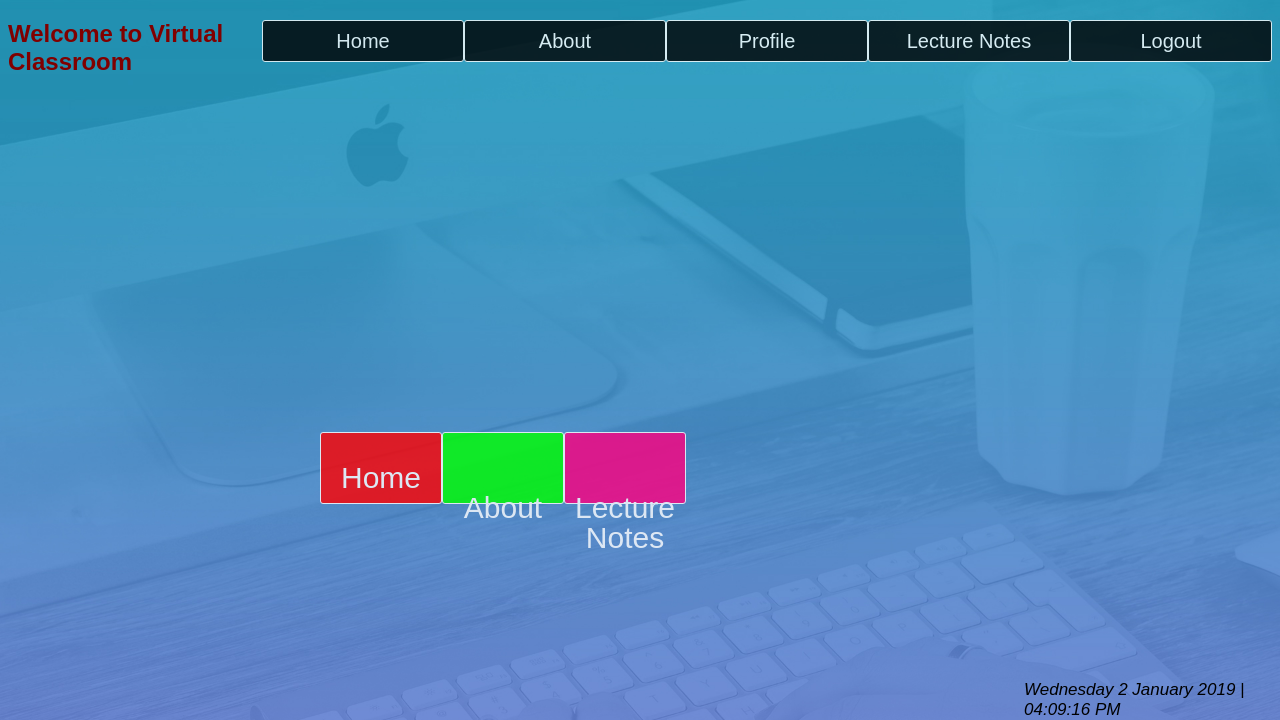
Repository: Rajendra1998/Virtual_classroom_mvc_project
Page: http://localhost/Virtual_classroom/Student_logged1.jsp
The author's editor kept a copy of each file at every save. The page is drawn from the files as they stood at one save, then again after the next save.
The browser window is 1280 px wide. The pictures show the whole page.
The page is served by Tomcat 9. Other server files are loaded and not shown.

Above is the page before, as saved 2019-01-04 20:38:27.

### Virtual_classroom/WebContent/Student_logged1.jsp
<%@ page language="java" contentType="text/html; charset=ISO-8859-1"
    pageEncoding="ISO-8859-1"
    import="model.Student"%>
<!DOCTYPE html PUBLIC "-//W3C//DTD HTML 4.01 Transitional//EN" "http://www.w3.org/TR/html4/loose.dtd">
<html>
<head>
<meta http-equiv="Content-Type" content="text/html; charset=ISO-8859-1">
<title> STUDENT | HOME </title>
	<style type="text/css" rel="stylesheet">
	body{
		background-image:url(1.jpg);
		background-repeat:no-repeat;
	 	font-family:sans-serif;
		background-size:cover;
	}
	#MyClockDisplay{
		font-color:red;
		font-style:oblique;
		font-size:17px;
		position:absolute;
		top:94.5%;
		left:80%;
	}
	h2{
		color:#800000;
	}
	.menu nav{
		position:relative;
		float:right;
	}
	.menu nav ul{
		margin: 0px;
		padding: 0px;
		list-style: none;
	}
	.menu nav ul li {
		float:left;
		width: 200px;
		height: 40px;
		background-color: black;
		border:1px  solid white;
		opacity: .8;
		line-height: 40px;
		text-align: center;
		font-size: 20px;
		position:relative;
		border-radius:3px;
	}
	.menu nav ul li a {
		text-decoration: none;
		color:white;
		display:block;
	}
	.menu nav ul li a:hover {
		background-color: green;
		border-radius: 3px;
	}
	.menu nav ul ul  {
		position:absolute;
		display: none;
	}
	.menu nav ul li:hover > ul {
		display: block;

	}
	.menu nav ul ul ul{
		margin-left: 200px;
		top:0px;
	}
	.menu1 nav{
		position:absolute;
		top:60%;
		left:25%;

	}
	.menu1 nav ul{
		margin: 0px;
		padding: 0px;
		list-style: none;
	}
	.menu1 nav ul li {
		float:left;
		width: 120px;
		height: 70px;
		border:1px  solid white;
		opacity: .8;
		line-height: 30px;
		text-align: center;
		font-size: 30px;
		position:relative;
		border-radius:3px;

	}
	.menu1 nav ul li.home{
		background-color: red;
	}
	.menu1 nav ul li.about{
		background-color: #00ff00;
	}
	.menu1 nav ul li.notes{
		background-color:#ff0080;
	}
	.menu1 nav ul li a {
		text-decoration: none;
		color:white;
		display:block;
	}

	</style>
</head>
<body>
<div id="MyClockDisplay"></div>
	<script type="text/javascript">
		function showTime()
		{
			//Date
			var mydate=new Date();
			var year=mydate.getYear(); //get the year.
				if(year <1000)
					{
						year+=1900;
					}
			var day=mydate.getDay(); //get the day.
			var month=mydate.getMonth(); //get the month.
			var daym=mydate.getDate(); //day of the month.
			var dayarray= new Array("Sunday","Monday","Tuesday","Wednesday","Thursday","Friday","Saturday");
			var montharray=new Array("January","February","March","April","May","June","July","August","September","October","November","December");

			//Time
			var date = new Date();
			var h= date.getHours(); //0-23
			var m= date.getMinutes(); //0-59
			var s=date.getSeconds(); //0-59
			var session="AM";
			if(h==0){
				h=12;
			}
			if(h>12){
				h=h-12;
				session="PM";
			}
			h=(h<10) ? "0"+ h : h;
			m=(m<10) ? "0"+ m : m;
			s=(s<10) ? "0"+ s : s;

			var date1="" +dayarray[day]+ " " +daym+ " " +montharray[month]+ " " +year+   "  |  "   +h + ":" + m + ":" + s + " " + session;

			document.getElementById("MyClockDisplay").innerText = date1;
			document.getElementById("MyClockDisplay").textContent = date1;

			setTimeout(showTime,1000);
		}
		showTime();

	</script>
	<div class="menu">

	<nav>
	<ul>
		<li><a href="Student_logged.jsp">Home</a></li>
		<li><a href="#">About</a></li>
		<li><a>Profile</a>
			<ul>
				<li><a href="stud_pro">View Profile</a></li>
			</ul>
		</li>
		<li><a href="stud_view_fac">Lecture Notes</a></li>
		<li><a href="LogoutServlet">Logout</a></li>
	</ul>
	</nav>
	</div>
	<%Student currentUser=(Student)session.getAttribute("currentSessionUser");%>
	<h2>Welcome to Virtual Classroom</h2>
	<br>

	<div class="menu1">
		<nav>
			<ul>
				<li class="home"><a href="Student_logged.jsp"><i class="fa fa-home" aria-hidden="true"></i><br>Home</a></li>
				<li class="about"><a href="#"><br><i class="fa fa-envelope-open-o" aria-hidden="true"></i></i><br>About</a></li>
				<li class="notes"><a href="stud_view_fac"><br><i class="fa fa-book" aria-hidden="true"></i><br>Lecture Notes</a></li>
			</ul>
		</nav>
	</div>

</body>
</html>

After the next save:
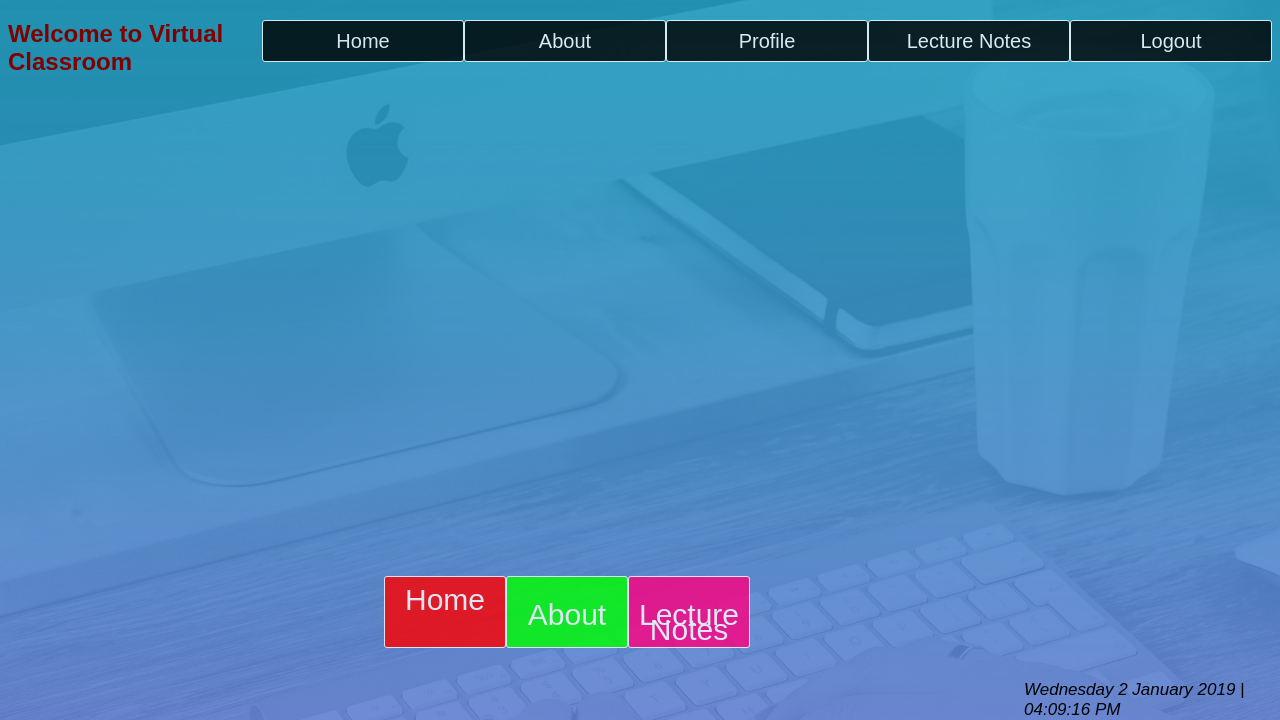
Saved 39 s later.
--- a/Virtual_classroom/WebContent/Student_logged1.jsp
+++ b/Virtual_classroom/WebContent/Student_logged1.jsp
@@ -69,8 +69,8 @@
 	}
 	.menu1 nav{
 		position:absolute;
-		top:60%;
-		left:25%;
+		top:80%;
+		left:30%;
 
 	}
 	.menu1 nav ul{
@@ -84,7 +84,7 @@
 		height: 70px;
 		border:1px  solid white;
 		opacity: .8;
-		line-height: 30px;
+		line-height: 15px;
 		text-align: center;
 		font-size: 30px;
 		position:relative;
